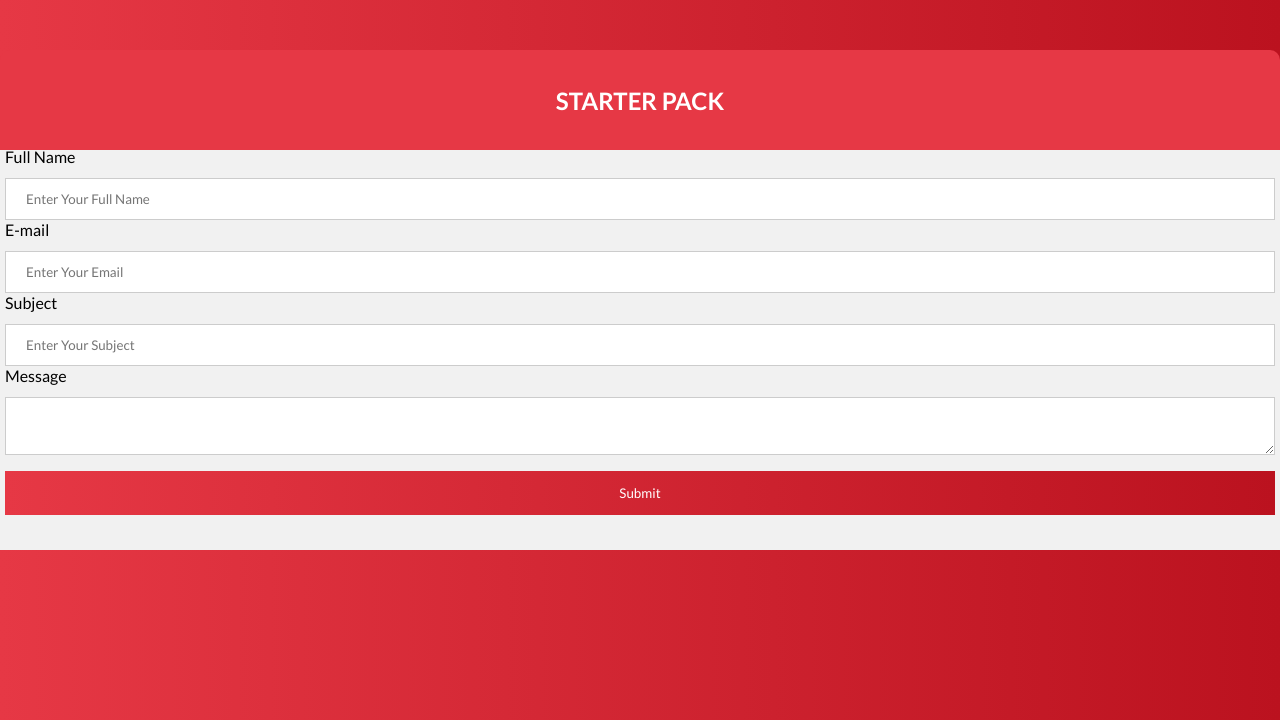
Repository: CallumS19/energise-hosting-project
Page: workspace/cards.html
The author's editor kept a record of every edit. The page is drawn from the files as they stood at one moment, then again after the next edit.
The browser window is 1280 px wide. The pictures show the whole page.
Some web libraries are served in a nearby version.

Above is the page before.

### workspace/cards.html
<!DOCTYPE html>
<html lang="en">
    <head>
        <title>Energise-Hosting</title>
        <!--<link rel="stylesheet" href="css/frontend.css" type="text/css">-->
        <link rel="stylesheet" href="css/cards.css" type="text/css" />
        <meta name="viewport" content="width=device-width, initial-scale=1.0">
        <meta name="author" content="Callum Spiers">
        <meta name="description" content="Energised-Hosting is a web hosting company that offers a wide range of website hosting plans">
        <meta name="keywords" content="Web Hosting, Hosting, Energise-Hosting, Html, Css, javascript, PhP, Callum Spiers">
        <link href="https://fonts.googleapis.com/css?family=Lato:100,100i,300,300i,400,400i,700,700i,900,900i" rel="stylesheet">
        <link rel="icon" href="img/EHLogo.jpg" type="image/pjpg">
        <link rel="stylesheet" href="https://use.fontawesome.com/releases/v5.6.1/css/all.css" integrity="sha384-gfdkjb5BdAXd+lj+gudLWI+BXq4IuLW5IT+brZEZsLFm++aCMlF1V92rMkPaX4PP" crossorigin="anonymous">
        <!-- Load an icon library to show a hamburger menu (bars) on small screens -->
        <link rel="stylesheet" href="https://cdnjs.cloudflare.com/ajax/libs/font-awesome/4.7.0/css/font-awesome.min.css">
        <meta charset="UTF-8">
    </head>
    <body>

                <!--<nav class="topnav" id="responsiveNav">
            <ul>
                <div>Icons made by <a href="https://www.flaticon.com/authors/prettycons" title="prettycons">prettycons</a> from <a href="https://www.flaticon.com/" 			    title="Flaticon">www.flaticon.com</a> is licensed by <a href="http://creativecommons.org/licenses/by/3.0/" 			    title="Creative Commons BY 3.0" target="_blank">CC 3.0 BY</a></div>
                <li><img id="brandLogo" src="img/EHLogo.jpg" alt="Energise-Logo" href="/"></li>
                <li><a href="index.php">Home</a></li>
                <!--<li class="dropdown">
                    <a href="javascript:void(0)" class="dropbtn">Services</a>
                    <div class="dropdown-content">
                        <a href="services/small-plan.php">Small Plan</a>
                        <a href="#">Medium Plan</a>
                        <a href="#">Large Plan</a>
                    </div>
                </li>
                <li><a href="about.php">About</a></li>
                <li><a href="">Contact</a></li>
                <li class="link-right"><a href="">Register</a></li>
                <li class="link-right"><a href="">Login</a></li>
                  <li><a href="javascript:void(0);" class="icon" onclick="responsiveNav()">
                    <i class="fa fa-bars"></i>
                  </a></li>
            </ul>
        </nav>
        <nav class="topnav" id="responsiveNav">
            <ul>
                <li><a href="index.php">Home</a></li>
                <li><a href="about.php">About</a></li>
                <li><a href="">Contact</a></li>
                <li><a href="">Register</a></li>
                <li><a href="">Login</a></li>
                  <li><a href="javascript:void(0);" class="icon" onclick="responsiveNav()">
                    <i class="fa fa-bars"></i>
                  </a></li>
            </ul>
        </nav>

        <div class="welcome">
            <div class="welcome-background">
                <a class="link-full" href="">Register</a>
            </div>
        </div>
        -->
                <div class="contact-form">
                    <div class="card-top">
                        <h2 id="card-top-title">Starter Pack</h2>
                    </div>
                    <div class="card">
                        <form action="includes/mail.php">
                            <label for="Fname">Full Name</label>
                            <input type="text" name="fname" placeholder="Enter Your Full Name" required/>

                            <label for="email">E-mail</label>
                            <input type="text" name="email" placeholder="Enter Your Email" required/>

                            <label for="subject">Subject</label>
                            <input type="text" name="subject" placeholder="Enter Your Subject" required/>

                            <label for="message">Message</label>
                            <textarea></textarea>

                            <button type="submit">Submit</button>
                        </form>
                    </div>
                </div>
    </body>
</html>

### workspace/css/cards.css
* {
    box-sizing: border-box;
    font-family: 'Lato', sans-serif;
}

body {
    background: url(), linear-gradient(90deg, #e63845, #bb121f);
    margin: 0;
    padding: 0;
}

/* Contact Form */

.contact-form {
    margin: 0 auto;
    text-align: center;
    padding-top: 50px;
}

/* Full-width input fields */
input[type=text], input[type=password], textarea {
  width: 100%;
  padding: 12px 20px;
  margin: 8px 0;
  display: inline-block;
  border: 1px solid #ccc;
  box-sizing: border-box;
  margin-top: 20px;
}

label {
    float: left;
}

/* Set a style for all buttons */
button {
  background: linear-gradient(90deg, #e63845, #bb121f);
  color: white;
  padding: 14px 20px;
  margin: 8px 0;
  border: none;
  cursor: pointer;
  width: 100%;
}


/* Style the counter cards */
.card {
  padding: 5px;
  text-align: center;
  background-color: #f1f1f1;
  height: 400px;
  line-height: 3px;
}


.card-top {
    position: relative;
    text-align: center;
    height: 100px;
    background-color: #e63845;
    border-radius: 10px 10px 0 0;
}

.card-top > h2 {
    text-transform: uppercase;
    position: absolute;
    top: 30%;
    left: 50%;
    transform: translate(-50%, -50%);
    color: #fff;
}

After the next edit:
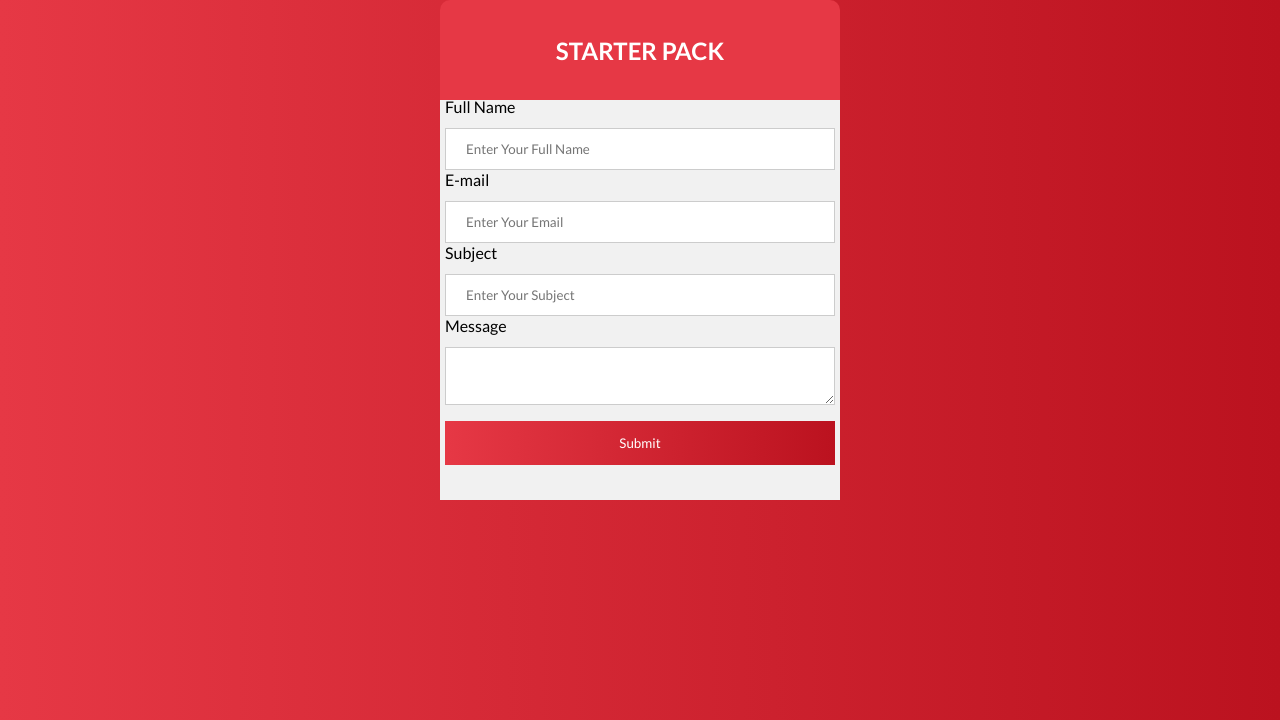
The edit:
--- a/workspace/css/cards.css
+++ b/workspace/css/cards.css
@@ -14,7 +14,7 @@
 .contact-form {
     margin: 0 auto;
     text-align: center;
-    padding-top: 50px;
+    width: 400px;
 }
 
 /* Full-width input fields */
